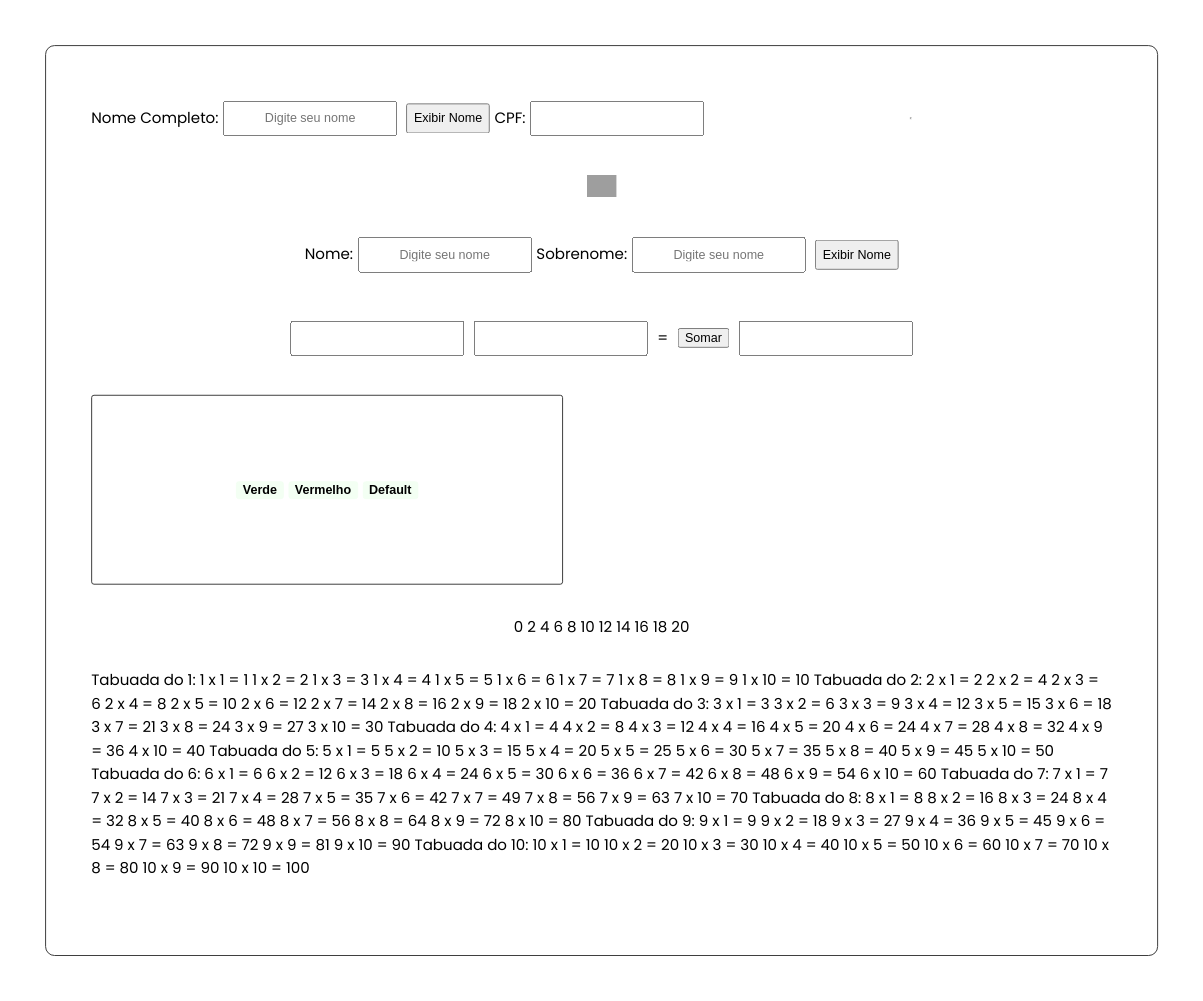
Repository: guilhermecardoso93/exerciciosjs
Page: index.html
The author's editor kept a copy of each file at every save. The page is drawn from the files as they stood at one save, then again after the next save.
The browser window is 1280 px wide. The pictures show the whole page, at 94% of full size.
Pictures or frames that could not be fetched are drawn as grey boxes.

Above is the page before, as saved 2023-05-21 16:46:00.

After the next save:
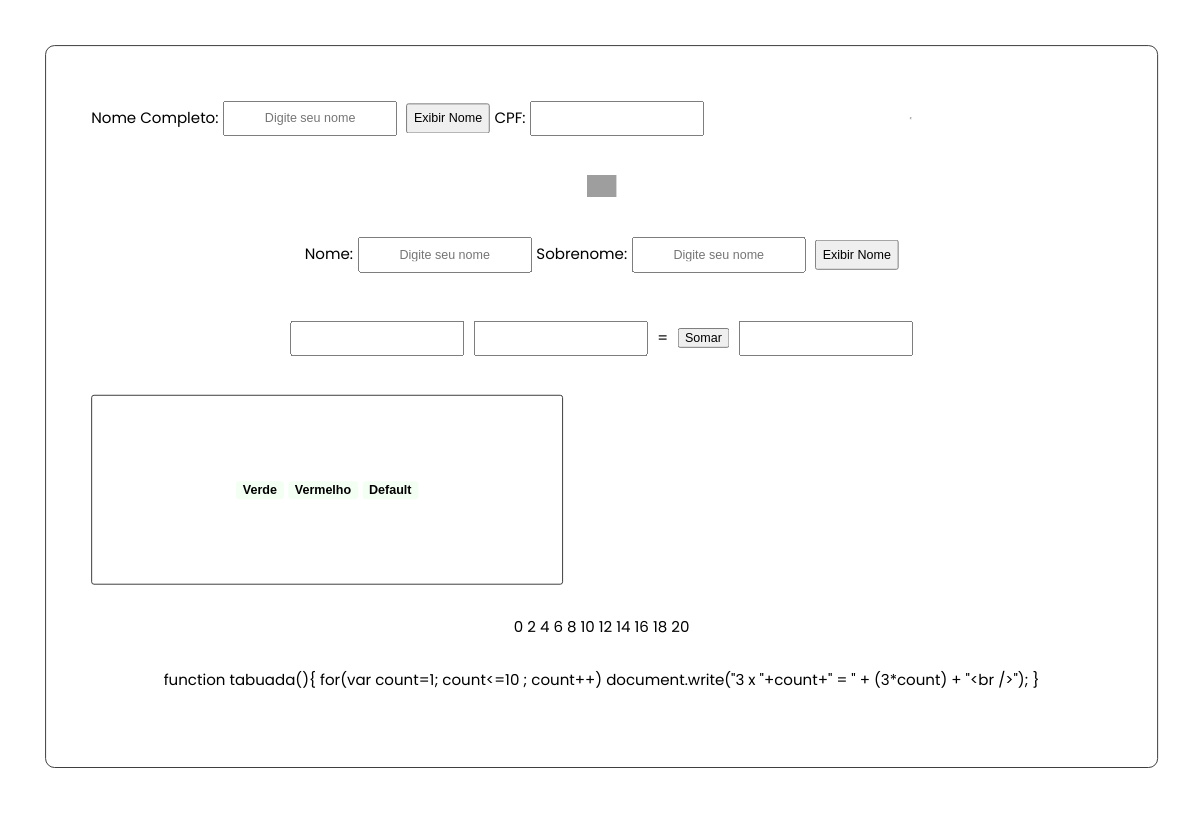
Saved 75 s later.
--- a/script.js
+++ b/script.js
@@ -65,17 +65,9 @@ divResultado.textContent = numerosPares;
 
 
 var tabuadaDiv = document.getElementById('tabuadaDiv');
-var tabuada = '';
-
-for (var i = 1; i <= 10; i++) {
-  tabuada += 'Tabuada do ' + i + ':\n';
-
-  for (var j = 1; j <= 10; j++) {
-    var resultado = i * j;
-    tabuada += i + ' x ' + j + ' = ' + resultado + '\n';
-  }
-
-  tabuada += '\n';
+function tabuada(){
+  for(var count=1; count<=10 ; count++)
+   document.write("3 x "+count+" = " + (3*count) + "<br />");
 }
 
 tabuadaDiv.textContent = tabuada;
